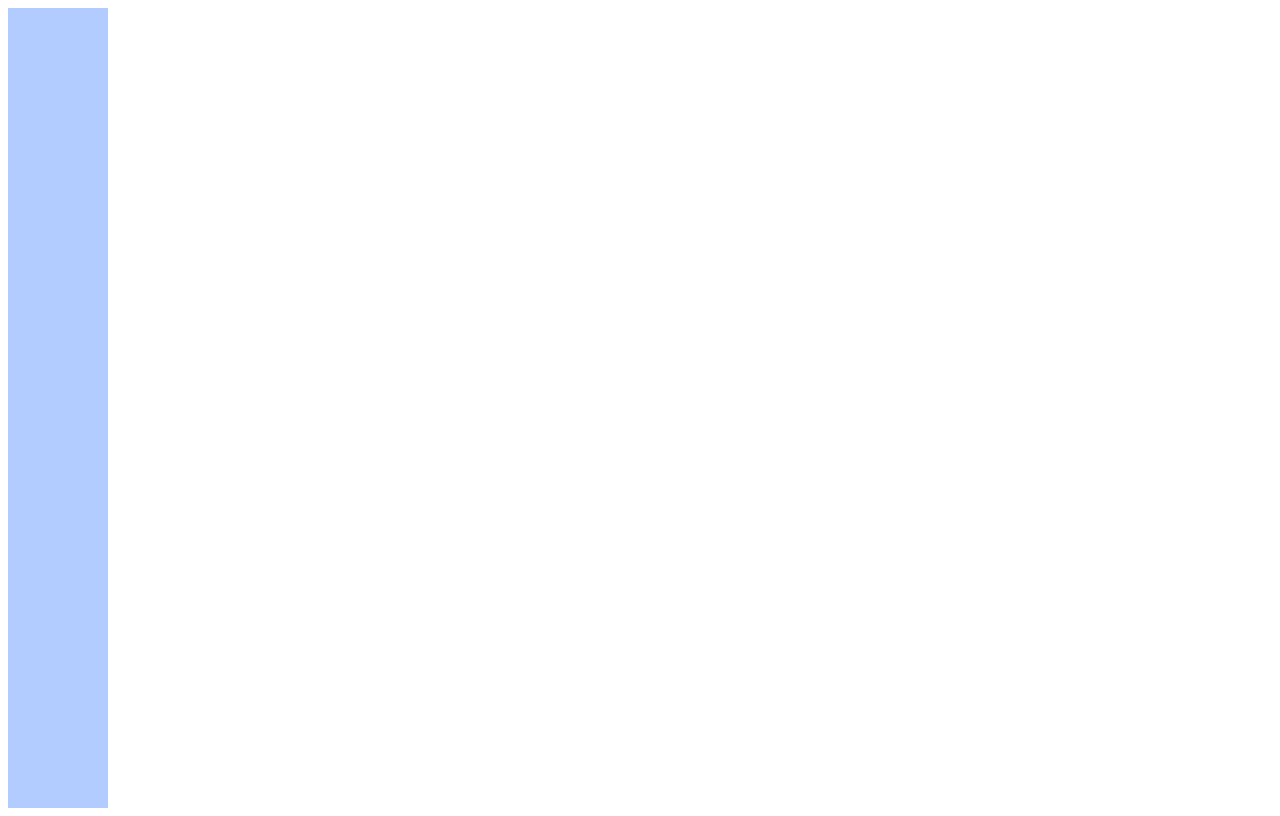
Repository: Shinhan1/shinhan
Page: http://localhost/web_goott/w20200324/w20200324_Test2.jsp
These files come from the project's save history. The page is drawn as it stood at one moment and after the next save; the edit follows.
The browser window is 1280 px wide. The pictures show the whole page.
The page is served by Tomcat 9.

Above is the page before, as saved 2020-03-24 08:12:40.

After the next save:
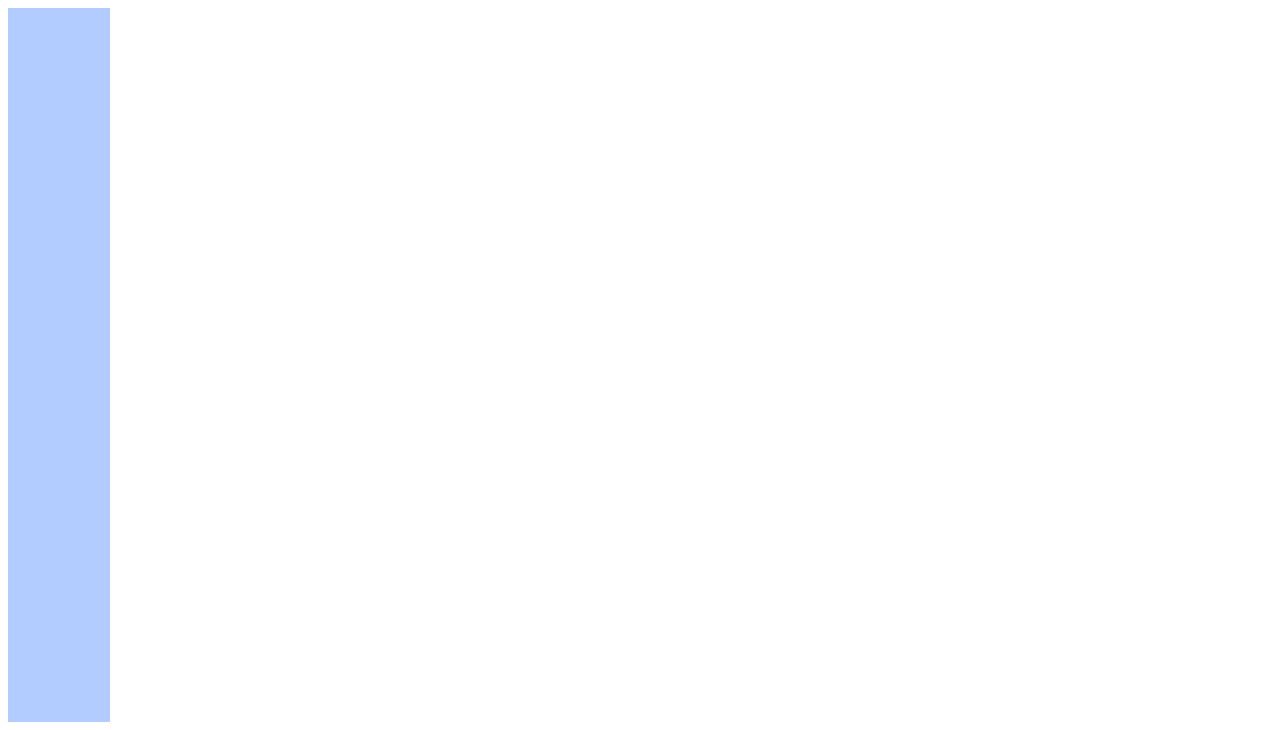
Saved 11 s later.
--- a/web_goott/WebContent/w20200324/w20200324_Test2.jsp
+++ b/web_goott/WebContent/w20200324/w20200324_Test2.jsp
@@ -10,6 +10,7 @@
 		width: 100px;
 		height: 100px;
 		background-color: #B2CCFF;
+		padding: 1px;
 
 	}
 </style>
@@ -22,7 +23,6 @@
 	<div></div>
 	<div></div>
 	<div></div>
-	<div></div>
 
 </body>
 </html>
